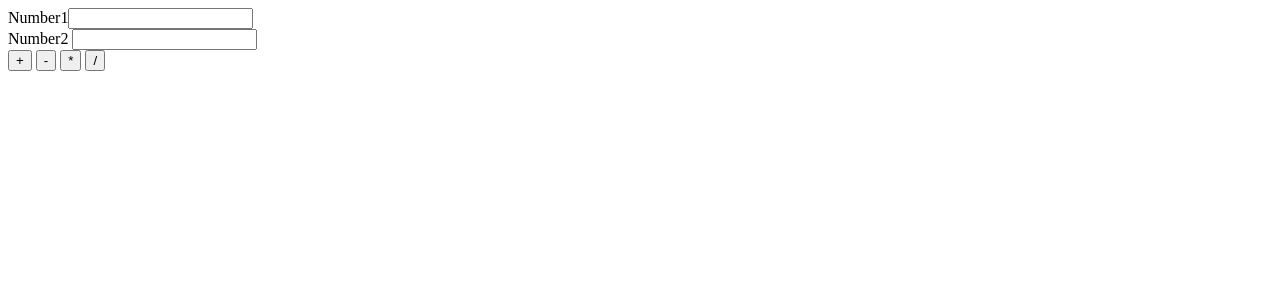
Repository: ujwalam/java-codes-updated
Page: springwebapp/src/main/webapp/calculator.html
The author's editor kept a copy of each file at every save. The page is drawn from the files as they stood at one save, then again after the next save.
The browser window is 1280 px wide. The pictures show the whole page.

Above is the page before, as saved 2019-07-22 09:01:01.

After the next save:
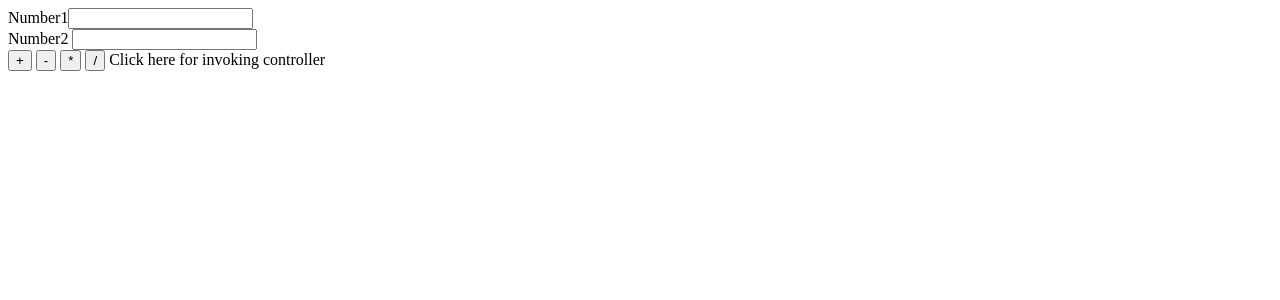
Saved 4 min 11 s later.
--- a/springwebapp/src/main/webapp/calculator.html
+++ b/springwebapp/src/main/webapp/calculator.html
@@ -11,5 +11,6 @@ Number2 <input name=n2><br>
 <input name=op value="-" type=submit>
 <input name=op value="*" type=submit>
 <input name=op value="/" type=submit>
+<a >Click here for invoking controller</a>
 </body>
 </html>
